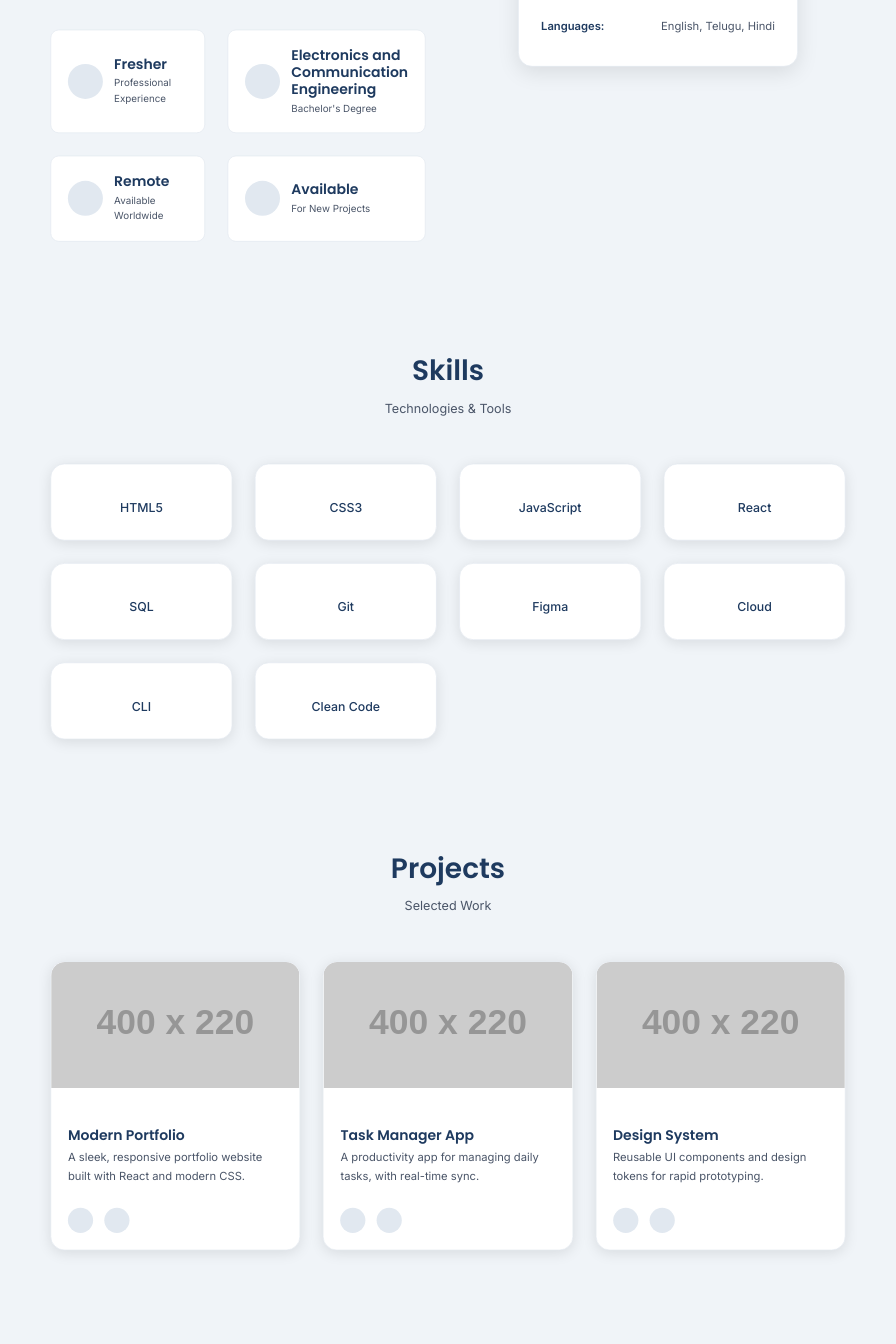
Repository: TharunPathakamuri/Portfolio
Page: index.html
The author's editor kept a copy of each file at every save. The page is drawn from the files as they stood at one save, then again after the next save.
The browser window is 1280 px wide. The pictures show the part of the page from y = 1255 to 3175 px (the page is 4994 px tall), at 70% of full size.

Above is the page before, as saved 2025-07-04 23:29:29.

### index.html
<!DOCTYPE html>
<html lang="en">
  <head>
    <meta charset="UTF-8" />
    <meta name="viewport" content="width=device-width, initial-scale=1.0" />
    <title>Tharun Pathakamuri - Portfolio</title>
    <meta
      name="description"
      content="Personal Portfolio - Modern Web Developer"
    />

    <!-- Google Fonts -->
    <link rel="preconnect" href="https://fonts.googleapis.com" />
    <link rel="preconnect" href="https://fonts.gstatic.com" crossorigin />
    <link
      href="https://fonts.googleapis.com/css2?family=Inter:wght@300;400;500;600;700&family=Poppins:wght@300;400;500;600;700&display=swap"
      rel="stylesheet"
    />

    <!-- Lucide Icons -->
    <link
      rel="stylesheet"
      href="https://cdn.jsdelivr.net/npm/lucide-static@0.292.0/font/lucide.css"
    />

    <!-- Custom CSS -->
    <link rel="stylesheet" href="styles.css" />
    <link rel="shortcut icon" href="favicon.ico" type="image/x-icon" />
  </head>
  <body>
    <!-- Navigation -->
    <nav class="navbar" id="navbar">
      <div class="container">
        <div class="nav-content">
          <div class="nav-logo">
            <h3>Portfolio</h3>
          </div>

          <ul class="nav-menu" id="nav-menu">
            <li><a href="#home" class="nav-link">Home</a></li>
            <li><a href="#about" class="nav-link">About</a></li>
            <li><a href="#skills" class="nav-link">Skills</a></li>
            <li><a href="#projects" class="nav-link">Projects</a></li>
            <li><a href="#experience" class="nav-link">Experience</a></li>
            <li><a href="#contact" class="nav-link">Contact</a></li>
          </ul>

          <div class="nav-actions">
            <button
              class="theme-toggle"
              id="theme-toggle"
              aria-label="Toggle dark mode"
            >
              <i class="lucide lucide-moon"></i>
            </button>

            <button
              class="mobile-menu-toggle"
              id="mobile-menu-toggle"
              aria-label="Toggle mobile menu"
            >
              <i class="lucide lucide-menu"></i>
            </button>
          </div>
        </div>
      </div>
    </nav>

    <!-- Hero Section -->
    <section id="home" class="hero">
      <div class="container">
        <div class="hero-content">
          <div class="hero-text">
            <div class="hero-greeting">
              <span class="wave">👋</span> Hello, I'm
            </div>

            <h1 class="hero-title">
              <span class="name">Tharun Sai Charan Pathakamuri</span>
              <span class="title">Junior Web Developer</span>
            </h1>

            <p class="hero-description">
              I create beautiful, functional, and user-centered digital
              experiences. Passionate about clean code, modern design, and
              innovative solutions.
            </p>

            <div class="hero-actions">
              <button
                class="btn btn-primary"
                onclick="scrollToSection('contact')"
              >
                <i class="lucide lucide-mail"></i>
                Get In Touch
              </button>

              <a
                href="THARUN_PATHAKAMUR_RESUME.pdf"
                class="btn btn-secondary"
                download
              >
                <i class="lucide lucide-download"></i>
                Download Resume
              </a>
            </div>

            <div class="hero-social">
              <a
                href="https://github.com/TharunPathakamuri"
                target="_blank"
                rel="noopener noreferrer"
                class="social-link"
              >
                <i class="lucide lucide-github"></i>
              </a>
              <a
                href="https://www.linkedin.com/in/tharun-pathakamuri/"
                target="_blank"
                rel="noopener noreferrer"
                class="social-link"
              >
                <i class="lucide lucide-linkedin"></i>
              </a>
            </div>
          </div>

          <div class="hero-visual">
            <div class="hero-image">
              <div class="image-placeholder">
                <div class="placeholder-text">JD</div>
              </div>
            </div>
          </div>
        </div>
      </div>
    </section>

    <!-- About Section -->
    <section id="about" class="about section">
      <div class="container">
        <div class="section-header">
          <h2 class="section-title">About Me</h2>
          <p class="section-subtitle">Get to know me better</p>
        </div>

        <div class="about-content">
          <div class="about-text">
            <div class="about-description">
              <p>
                🎓 I’m a B.Tech graduate in Electronics and Communication
                Engineering with a strong interest in web development and Python
                programming.
              </p>

              <p>
                💡 Skilled in HTML, CSS, SQL, and Git, I build
                responsive and user-friendly websites with clean code and
                creative UI.
              </p>

              <p>
               🚀 Currently exploring JavaScript and UI/UX, and
                actively seeking opportunities to contribute to real-world
                projects and grow as a developer.
              </p>
            </div>

            <div class="about-highlights">
              <div class="highlight-item">
                <div class="highlight-icon">
                  <i class="lucide lucide-briefcase"></i>
                </div>
                <div class="highlight-content">
                  <h4 class="highlight-title">Fresher</h4>
                  <p class="highlight-description">Professional Experience</p>
                </div>
              </div>

              <div class="highlight-item">
                <div class="highlight-icon">
                  <i class="lucide lucide-graduation-cap"></i>
                </div>
                <div class="highlight-content">
                  <h4 class="highlight-title">Electronics and Communication
                Engineering</h4>
                  <p class="highlight-description">Bachelor's Degree</p>
                </div>
              </div>

              <div class="highlight-item">
                <div class="highlight-icon">
                  <i class="lucide lucide-map-pin"></i>
                </div>
                <div class="highlight-content">
                  <h4 class="highlight-title">Remote</h4>
                  <p class="highlight-description">Available Worldwide</p>
                </div>
              </div>

              <div class="highlight-item">
                <div class="highlight-icon">
                  <i class="lucide lucide-calendar"></i>
                </div>
                <div class="highlight-content">
                  <h4 class="highlight-title">Available</h4>
                  <p class="highlight-description">For New Projects</p>
                </div>
              </div>
            </div>
          </div>

          <div class="about-visual">
            <div class="about-card">
              <div class="card-header">
                <h3>Personal Info</h3>
              </div>

              <div class="info-list">
                <div class="info-item">
                  <span class="info-label">Name:</span>
                  <span class="info-value">Tharun Sai Charan Pathakamuri</span>
                </div>

                <div class="info-item">
                  <span class="info-label">Email:</span>
                  <span class="info-value">tharunsaicharanpathakamuri@gmail.com</span>
                </div>

                <div class="info-item">
                  <span class="info-label">Location:</span>
                  <span class="info-value">Hyderabad, India</span>
                </div>

                <div class="info-item">
                  <span class="info-label">Languages:</span>
                  <span class="info-value">English, Telugu, Hindi</span>
                </div>
              </div>
            </div>
          </div>
        </div>
      </div>
    </section>

    <!-- Skills Section -->
    <section id="skills" class="skills section">
      <div class="container">
        <div class="section-header">
          <h2 class="section-title">Skills</h2>
          <p class="section-subtitle">Technologies & Tools</p>
        </div>

        <div class="skills-grid">
          <div class="skill-card">
            <div class="skill-icon">
              <i class="lucide lucide-code"></i>
            </div>
            <div class="skill-name">HTML5</div>
          </div>

          <div class="skill-card">
            <div class="skill-icon">
              <i class="lucide lucide-palette"></i>
            </div>
            <div class="skill-name">CSS3</div>
          </div>

          <div class="skill-card">
            <div class="skill-icon">
              <i class="lucide lucide-file-code"></i>
            </div>
            <div class="skill-name">JavaScript</div>
          </div>

          <div class="skill-card">
            <div class="skill-icon">
              <i class="lucide lucide-zap"></i>
            </div>
            <div class="skill-name">React</div>
          </div>


          <div class="skill-card">
            <div class="skill-icon">
              <i class="lucide lucide-database"></i>
            </div>
            <div class="skill-name">SQL</div>
          </div>

          <div class="skill-card">
            <div class="skill-icon">
              <i class="lucide lucide-git-branch"></i>
            </div>
            <div class="skill-name">Git</div>
          </div>

          <div class="skill-card">
            <div class="skill-icon">
              <i class="lucide lucide-image"></i>
            </div>
            <div class="skill-name">Figma</div>
          </div>

          <div class="skill-card">
            <div class="skill-icon">
              <i class="lucide lucide-cloud"></i>
            </div>
            <div class="skill-name">Cloud</div>
          </div>

          <div class="skill-card">
            <div class="skill-icon">
              <i class="lucide lucide-terminal"></i>
            </div>
            <div class="skill-name">CLI</div>
          </div>

          <div class="skill-card">
            <div class="skill-icon">
              <i class="lucide lucide-check-circle"></i>
            </div>
            <div class="skill-name">Clean Code</div>
          </div>
        </div>
      </div>
    </section>

    <!-- Projects Section -->
    <section id="projects" class="projects section">
      <div class="container">
        <div class="section-header">
          <h2 class="section-title">Projects</h2>
          <p class="section-subtitle">Selected Work</p>
        </div>

        <div class="projects-grid">
          <div class="project-card">
            <div class="project-image">
              <img src="https://placehold.co/400x220" alt="Modern Portfolio" />
            </div>
            <div class="project-content">
              <h3 class="project-title">Modern Portfolio</h3>
              <p class="project-description">
                A sleek, responsive portfolio website built with React and
                modern CSS.
              </p>
              <div class="project-tech">
                <span class="tech-icon"><i class="lucide lucide-zap"></i></span>
                <span class="tech-icon"
                  ><i class="lucide lucide-image"></i
                ></span>
              </div>
              <div class="project-links">
                <a
                  href="https://github.com"
                  target="_blank"
                  rel="noopener noreferrer"
                  class="project-link"
                >
                  <i class="lucide lucide-github"></i>
                </a>
                <a
                  href="#"
                  target="_blank"
                  rel="noopener noreferrer"
                  class="project-link"
                >
                  <i class="lucide lucide-external-link"></i>
                </a>
              </div>
            </div>
          </div>

          <div class="project-card">
            <div class="project-image">
              <img src="https://placehold.co/400x220" alt="Task Manager App" />
            </div>
            <div class="project-content">
              <h3 class="project-title">Task Manager App</h3>
              <p class="project-description">
                A productivity app for managing daily tasks, with real-time
                sync.
              </p>
              <div class="project-tech">
                <span class="tech-icon"><i class="lucide lucide-zap"></i></span>
                <span class="tech-icon"
                  ><i class="lucide lucide-server"></i
                ></span>
                <span class="tech-icon"
                  ><i class="lucide lucide-database"></i
                ></span>
              </div>
              <div class="project-links">
                <a
                  href="https://github.com"
                  target="_blank"
                  rel="noopener noreferrer"
                  class="project-link"
                >
                  <i class="lucide lucide-github"></i>
                </a>
                <a
                  href="#"
                  target="_blank"
                  rel="noopener noreferrer"
                  class="project-link"
                >
                  <i class="lucide lucide-external-link"></i>
                </a>
              </div>
            </div>
          </div>

          <div class="project-card">
            <div class="project-image">
              <img src="https://placehold.co/400x220" alt="Design System" />
            </div>
            <div class="project-content">
              <h3 class="project-title">Design System</h3>
              <p class="project-description">
                Reusable UI components and design tokens for rapid prototyping.
              </p>
              <div class="project-tech">
                <span class="tech-icon"
                  ><i class="lucide lucide-image"></i
                ></span>
                <span class="tech-icon"><i class="lucide lucide-zap"></i></span>
              </div>
              <div class="project-links">
                <a
                  href="https://github.com"
                  target="_blank"
                  rel="noopener noreferrer"
                  class="project-link"
                >
                  <i class="lucide lucide-github"></i>
                </a>
                <a
                  href="#"
                  target="_blank"
                  rel="noopener noreferrer"
                  class="project-link"
                >
                  <i class="lucide lucide-external-link"></i>
                </a>
              </div>
            </div>
          </div>
        </div>
      </div>
    </section>

    <!-- Experience Section -->
    <section id="experience" class="experience section">
      <div class="container">
        <div class="section-header">
          <h2 class="section-title">Experience</h2>
          <p class="section-subtitle">Work & Roles</p>
        </div>

        <div class="experience-timeline">
          <div class="exp-card">
            <div class="exp-header">
              <i class="lucide lucide-briefcase exp-icon"></i>
              <div>
                <h3 class="exp-role">Frontend Developer</h3>
                <div class="exp-company">Tech Solutions</div>
              </div>
            </div>
            <div class="exp-meta">
              <span class="exp-location"
                ><i class="lucide lucide-map-pin"></i> Remote</span
              >
              <span class="exp-period"
                ><i class="lucide lucide-calendar"></i> 2022 - Present</span
              >
            </div>
            <div class="exp-description">
              Building modern, responsive UIs and collaborating with
              cross-functional teams to deliver high-quality web applications.
            </div>
          </div>

          <div class="exp-card">
            <div class="exp-header">
              <i class="lucide lucide-briefcase exp-icon"></i>
              <div>
                <h3 class="exp-role">Web Developer</h3>
                <div class="exp-company">Creative Studio</div>
              </div>
            </div>
            <div class="exp-meta">
              <span class="exp-location"
                ><i class="lucide lucide-map-pin"></i> San Francisco, CA</span
              >
              <span class="exp-period"
                ><i class="lucide lucide-calendar"></i> 2020 - 2022</span
              >
            </div>
            <div class="exp-description">
              Developed and maintained websites for clients, focusing on
              performance, accessibility, and clean code.
            </div>
          </div>

          <div class="exp-card">
            <div class="exp-header">
              <i class="lucide lucide-briefcase exp-icon"></i>
              <div>
                <h3 class="exp-role">Intern Developer</h3>
                <div class="exp-company">Startup Hub</div>
              </div>
            </div>
            <div class="exp-meta">
              <span class="exp-location"
                ><i class="lucide lucide-map-pin"></i> Remote</span
              >
              <span class="exp-period"
                ><i class="lucide lucide-calendar"></i> 2019 - 2020</span
              >
            </div>
            <div class="exp-description">
              Assisted in building MVPs, learning best practices, and
              contributing to open-source projects.
            </div>
          </div>
        </div>
      </div>
    </section>

    <!-- Contact Section -->
    <section id="contact" class="contact section">
      <div class="container">
        <div class="section-header">
          <h2 class="section-title">Contact</h2>
          <p class="section-subtitle">Let's connect</p>
        </div>

        <div class="contact-content">
          <div class="contact-info">
            <div class="contact-item">
              <i class="lucide lucide-mail"></i>
              <span>john@example.com</span>
            </div>
            <div class="contact-item">
              <i class="lucide lucide-map-pin"></i>
              <span>San Francisco, CA</span>
            </div>
            <div class="contact-social">
              <a
                href="https://github.com"
                target="_blank"
                rel="noopener noreferrer"
                class="social-link"
              >
                <i class="lucide lucide-github"></i>
              </a>
              <a
                href="https://linkedin.com"
                target="_blank"
                rel="noopener noreferrer"
                class="social-link"
              >
                <i class="lucide lucide-linkedin"></i>
              </a>
            </div>
          </div>

          <form class="contact-form" id="contact-form">
            <div class="form-group">
              <label for="name">Name</label>
              <input id="name" type="text" required />
              <span class="form-error" id="name-error"></span>
            </div>

            <div class="form-group">
              <label for="email">Email</label>
              <input id="email" type="email" required />
              <span class="form-error" id="email-error"></span>
            </div>

            <div class="form-group">
              <label for="message">Message</label>
              <textarea id="message" rows="4" required></textarea>
              <span class="form-error" id="message-error"></span>
            </div>

            <button type="submit" class="btn btn-primary">Send Message</button>
            <div class="form-success" id="form-success"></div>
          </form>
        </div>
      </div>
    </section>

    <!-- Footer -->
    <footer class="footer">
      <div class="container">
        <div class="footer-content">
          <span
            >&copy; <span id="current-year"></span> John Doe. All rights
            reserved.</span
          >
          <button
            class="footer-top"
            onclick="scrollToTop()"
            aria-label="Back to top"
          >
            <i class="lucide lucide-arrow-up"></i>
          </button>
        </div>
      </div>
    </footer>

    <!-- Custom JavaScript -->
    <script src="script.js"></script>
  </body>
</html>

Loaded but not shown: script.js (335 lines, source omitted); styles.css (1099 lines, source omitted)

After the next save:
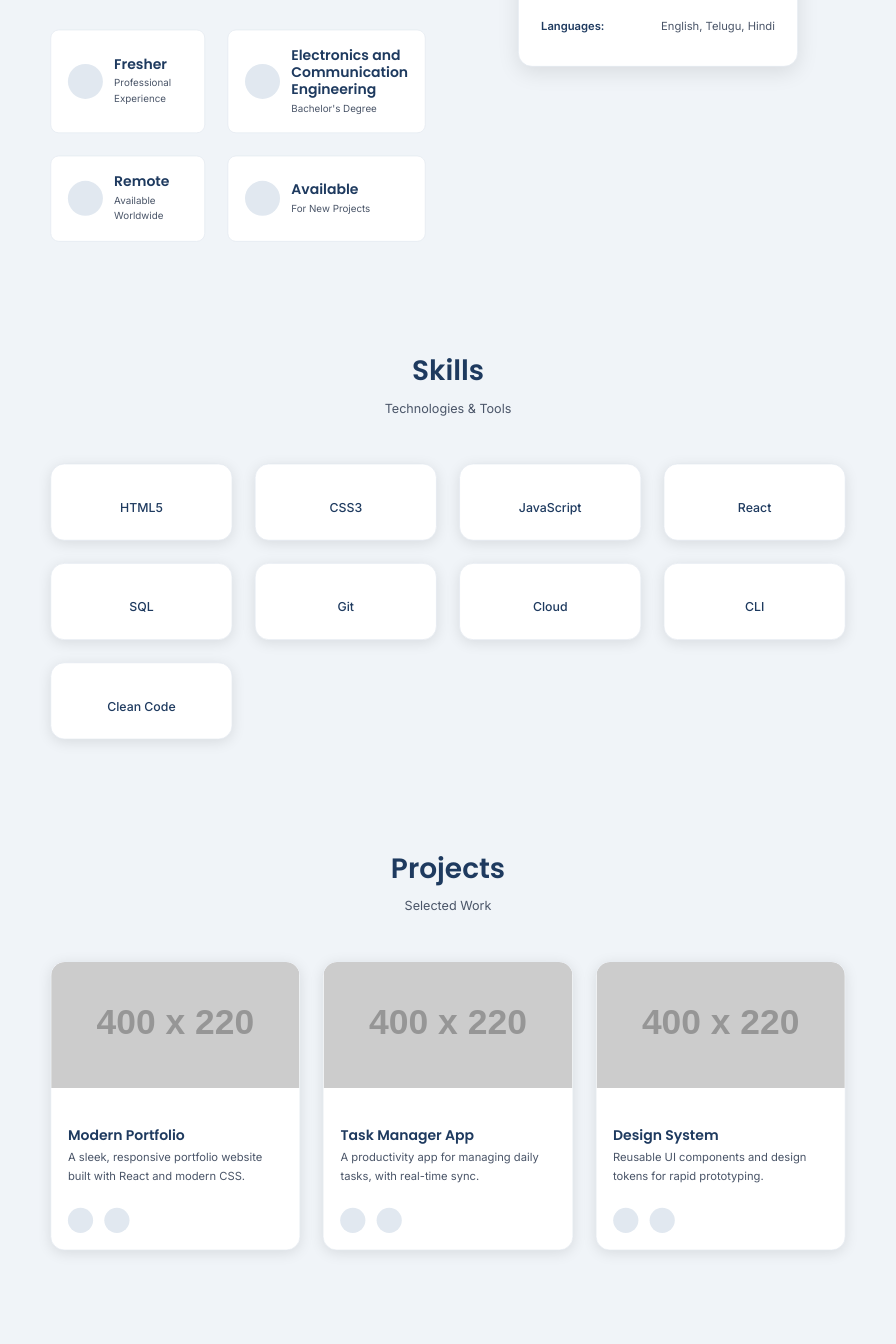
Saved 11 s later.
--- a/index.html
+++ b/index.html
@@ -293,13 +293,6 @@
               <i class="lucide lucide-git-branch"></i>
             </div>
             <div class="skill-name">Git</div>
-          </div>
-
-          <div class="skill-card">
-            <div class="skill-icon">
-              <i class="lucide lucide-image"></i>
-            </div>
-            <div class="skill-name">Figma</div>
           </div>
 
           <div class="skill-card">
